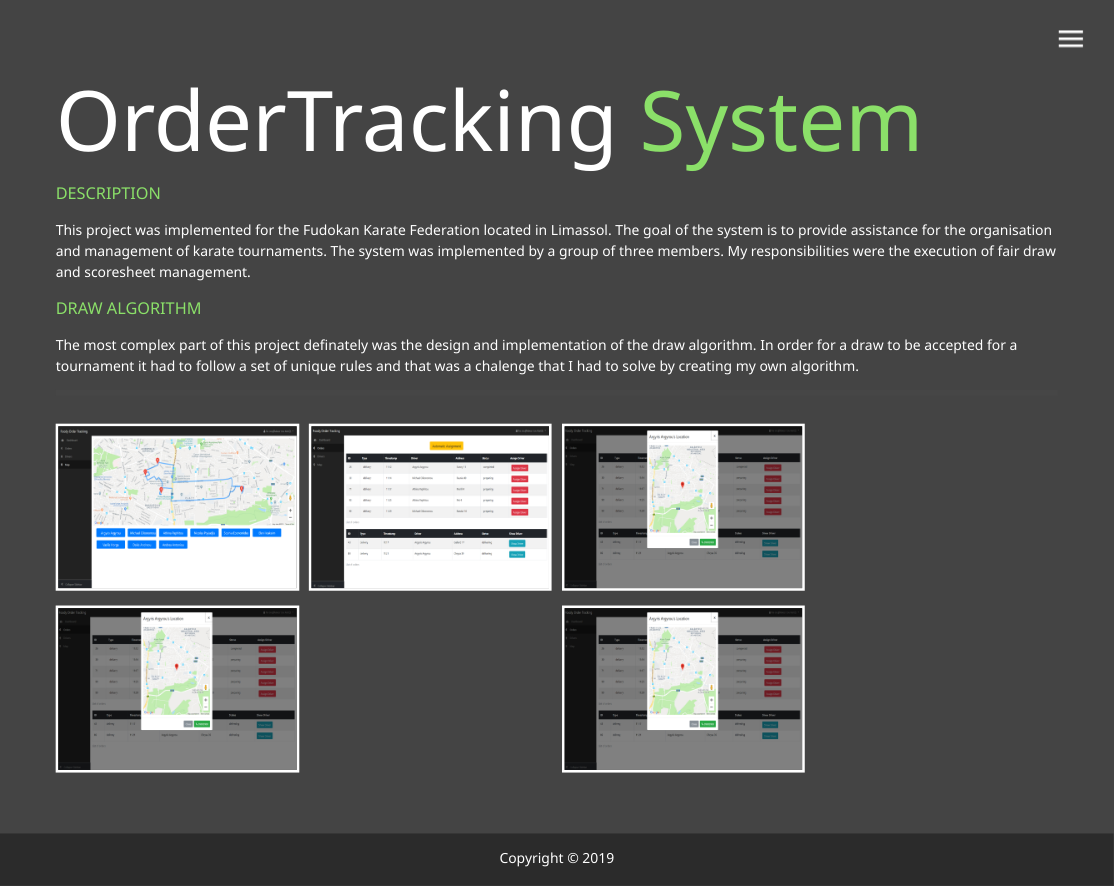
Repository: Preap/portfolio
Page: dist/projects/ordertracking.html
The author's editor kept a copy of each file at every save. The page is drawn from the files as they stood at one save, then again after the next save.
The browser window is 1280 px wide. The pictures show the whole page, at 87% of full size.
Some web libraries are served in a nearby version.

Above is the page before, as saved 2019-06-06 01:35:47.

### dist/projects/ordertracking.html
<!DOCTYPE html>
<html lang="en">
  <head>
    <meta charset="UTF-8" />
    <meta name="viewport" content="width=device-width, initial-scale=1.0" />
    <meta http-equiv="X-UA-Compatible" content="ie=edge" />
    <link
      rel="stylesheet"
      href="https://use.fontawesome.com/releases/v5.6.1/css/all.css"
      integrity="sha384-gfdkjb5BdAXd+lj+gudLWI+BXq4IuLW5IT+brZEZsLFm++aCMlF1V92rMkPaX4PP"
      crossorigin="anonymous"
    />
    <link rel="stylesheet" href="../css/main.css" />
    <title>My Ordertracking Project</title>
  </head>
  <body>
    <header>
      <div class="menu-btn">
        <div class="btn-line"></div>
        <div class="btn-line"></div>
        <div class="btn-line"></div>
      </div>

      <nav class="menu">
        <div class="menu-branding"><div class="portrait"></div></div>

        <ul class="menu-nav">
          <li class="nav-item">
            <a href="../index.html" class="nav-link"> Home </a>
          </li>
          <li class="nav-item">
            <a href="../about.html" class="nav-link"> My Experience </a>
          </li>
          <li class="nav-item">
            <a href="../work.html" class="nav-link current"> My Projects </a>
          </li>
          <li class="nav-item">
            <a href="../contact.html" class="nav-link"> Contact Me </a>
          </li>
        </ul>
      </nav>
    </header>

    <main id="work">
      <h1 class="lg-heading">
        OrderTracking <span class="text-secondary">System</span>
      </h1>

      <div class="project-description">
        <h3 class="text-secondary">DESCRIPTION</h3>
        <p>
          This project was implemented for the Fudokan Karate Federation located in Limassol.
          The goal of the system is to provide assistance for the organisation and management of karate tournaments.
          The system was implemented by a group of three members. My responsibilities were the execution of fair draw
          and scoresheet management.
        </p>
        <h3 class="text-secondary">DRAW ALGORITHM</h3>
        <p>
          The most complex part of this project definately was the design and implementation of the draw algorithm.
          In order for a draw to be accepted for a tournament it had to follow a set of unique rules and that was a chalenge
          that I had to solve by creating my own algorithm.
        </p>
      </div>
      <h2 class="sm-heading"></h2>
      <div class="projects">
        <div class="item">
          <a href="#!">
            <img src="../img/projects/ordertracking/image1.jpg" alt="ordertracking_image" />
          </a>
        </div>
        <div class="item">
          <a href="#!">
            <img src="../img/projects/ordertracking/image2.jpg" alt="ordertracking_image" />
          </a>
        </div>
        <div class="item">
          <a href="#!">
            <img src="../img/projects/ordertracking/image3.jpg" alt="ordertracking_image" />
        </div>
        <div class="item">
                <a href="#!">
                  <img src="../img/projects/ordertracking/image3.jpg" alt="ordertracking_image" />
        </div>
        <div class="item">
                <a href="#!">
                  <img src="../img/projects/ordertracking/image3.jpg" alt="ordertracking_image" />
        </div>
      <br>

    </main>

    <footer id="main-footer">
      Copyright &copy; 2019
    </footer>

    <script src="../js/main.js"></script>
  </body>
</html>

### dist/css/main.css
.menu-btn {
  position: absolute;
  top: 35px;
  right: 35px;
  z-index: 3;
  cursor: pointer;
  transition: all 0.5s ease-out;
}
.menu-btn .btn-line {
  width: 28px;
  height: 3px;
  margin: 0 0 5px 0;
  background: #fff;
  transition: all 0.5s ease-out;
}
.menu-btn.close {
  transform: rotate(180deg);
}
.menu-btn.close .btn-line:nth-child(1) {
  transform: rotate(45deg) translate(5px, 5px);
}
.menu-btn.close .btn-line:nth-child(2) {
  opacity: 0;
}
.menu-btn.close .btn-line:nth-child(3) {
  transform: rotate(-45deg) translate(6px, -6px);
}

.menu {
  position: fixed;
  top: 0;
  width: 100%;
  opacity: 0.98;
  visibility: hidden;
}
.menu.show {
  visibility: visible;
}
.menu-branding,
.menu-nav {
  display: flex;
  flex-flow: column wrap;
  align-items: center;
  justify-content: center;
  float: left;
  width: 50%;
  height: 100vh;
  overflow: hidden;
}
.menu-nav {
  margin: 0;
  padding: 0;
  background: #373737;
  list-style: none;
  transform: translate3d(100%, -100%, 0);
  transition: all 0.5s ease-out;
}
.menu-nav.show {
  transform: translate3d(0, 0, 0);
}
.menu-branding {
  background: #444;
  transform: translate3d(-100%, 100%, 0);
  transition: all 0.5s ease-out;
}
.menu-branding.show {
  transform: translate3d(0, 0, 0);
}
.menu-branding .portrait {
  width: 250px;
  height: 250px;
  background: url(../img/port2BW.jpg);
  border-radius: 50%;
  border: solid 3px #8be069;
  opacity: 1;
}
.menu .nav-item {
  transform: translate3d(600px, 0, 0);
  transition: all 0.5s ease-out;
}
.menu .nav-item.show {
  transform: translate3d(0, 0, 0);
}
.menu .nav-link {
  display: inline-block;
  position: relative;
  font-size: 50px;
  text-transform: uppercase;
  padding: 1rem 0;
  font-weight: 300;
  color: #fff;
  text-decoration: none;
  transition: all 0.5s ease-out;
}
.menu .nav-link:hover {
  color: #8be069;
  transition: all 0.5s ease-out;
}
.menu .nav-link.current {
  color: #8be069;
}

.nav-item:nth-child(1) {
  transition-delay: 0.15s;
}

.nav-item:nth-child(2) {
  transition-delay: 0.3s;
}

.nav-item:nth-child(3) {
  transition-delay: 0.45s;
}

.nav-item:nth-child(4) {
  transition-delay: 0.6s;
}

* {
  box-sizing: border-box;
}

body {
  background: #444;
  color: #fff;
  height: 100%;
  margin: 0;
  font-family: "Segoe UI", Tahoma, Geneva, Verdana, sans-serif;
  line-height: 1.5;
}
body#bg-img {
  background: url(../img/keyboard.jpg);
  background-attachment: fixed;
  background-size: cover;
}
body#bg-img::after {
  content: "";
  position: absolute;
  top: 0;
  right: 0;
  width: 100%;
  height: 100%;
  z-index: -1;
  background: rgba(68, 68, 68, 0.9);
}

h1,
h2,
h3 {
  margin: 0;
  font-weight: 400;
}
h1.lg-heading,
h2.lg-heading,
h3.lg-heading {
  font-size: 6rem;
}
h1.sm-heading,
h2.sm-heading,
h3.sm-heading {
  margin-bottom: 2rem;
  padding: 0.2rem 1rem;
  background: rgba(73, 73, 73, 0.5);
}

a {
  color: #fff;
  text-decoration-line: none;
}

header {
  position: fixed;
  z-index: 2;
  width: 100%;
}

.text-secondary {
  color: #8be069;
}

main {
  padding: 4rem;
  min-height: calc(100vh - 60px);
}
main .icons {
  margin-top: 1rem;
}
main .icons a {
  padding: 0.4rem;
}
main .icons a:hover {
  color: #8be069;
  transition: all 0.5s ease-out;
}
main#home {
  overflow: hidden;
}
main#home h1 {
  margin-top: 20vh;
}

.about-info {
  display: grid;
  grid-gap: 30px;
  grid-template-areas:
    "bioimage bio bio"
    "job1 job2 job3";
  grid-template-columns: repeat(3, 1fr);
}
.about-info .bio-image {
  grid-area: bioimage;
  margin: auto;
  border-radius: 50%;
  border: #8be069 3px solid;
}
.about-info .bio {
  grid-area: bio;
  font-size: 1.5rem;
}
.about-info .job-1 {
  grid-area: job1;
}
.about-info .job-2 {
  grid-area: job2;
}
.about-info .job-3 {
  grid-area: job3;
}
.about-info .job {
  background: #585858;
  padding: 0.5rem;
  border-bottom: #8be069 5px solid;
}

.projects {
  display: grid;
  grid-gap: 0.7rem;
  grid-template-columns: repeat(3, 1fr);
}
.projects img {
  width: 100%;
  border: 3px #fff solid;
}
.projects img:hover {
  opacity: 0.5;
  border-color: #8be069;
  transition: all 0.5s ease-out;
}

.boxes {
  display: flex;
  flex-wrap: wrap;
  justify-content: space-evenly;
  align-items: center;
  margin-top: 1rem;
}
.boxes div {
  font-size: 2rem;
  border: 3px #fff solid;
  padding: 1.5rem 2.5rem;
  margin-bottom: 3rem;
  transition: all 0.5s ease-out;
}
.boxes div:hover {
  padding: 0.5rem 1.5rem;
  background: #8be069;
  color: #000;
}
.boxes div:hover span {
  color: #000;
}

.btn,
.btn-dark,
.btn-light {
  display: block;
  padding: 0.5rem 1rem;
  border: 0;
  margin-bottom: 0.3rem;
}
.btn:hover,
.btn-dark:hover,
.btn-light:hover {
  background: #8be069;
  color: #000;
  transition: all 0.5s ease-out;
}

.btn-dark {
  background: black;
  color: #fff;
}

.btn-light {
  background: #c4c4c4;
  color: #000;
}

#main-footer {
  text-align: center;
  padding: 1rem;
  background: #2b2b2b;
  color: #fff;
  height: 60px;
}

.bio {
  grid-area: bio;
  font-size: 1.5rem;
}

@media screen and (min-width: 1171px) {
  .projects {
    grid-template-columns: repeat(4, 1fr);
  }
}

@media screen and (min-width: 769) and (max-width: 1170px) {
  .projects {
    grid-template-columns: repeat(3, 1fr);
  }
}

@media screen and (max-width: 768px) {
  main {
    align-items: center;
    text-align: center;
  }
  main .lg-heading {
    line-height: 1;
    margin-bottom: 1rem;
  }
  ul.menu-nav,
  div.menu-branding {
    float: none;
    width: 100%;
    min-height: 0;
  }
  ul.menu-nav.show,
  div.menu-branding.show {
    transform: translate3d(0, 0, 0);
  }
  .menu-nav {
    height: 75vh;
    transform: translate3d(-100%, 0, 0);
    font-size: 24px;
  }
  .menu-branding {
    height: 25vh;
    transform: translate3d(100%, 0, 0);
  }
  .menu-branding .portrait {
    background: url(../img/portSmallBW.jpg);
    width: 150px;
    height: 150px;
  }
  .about-info {
    grid-template-areas:
      "bioimage"
      "bio"
      "job1"
      "job2"
      "job3";
    grid-template-columns: 1fr;
  }
  .projects {
    grid-template-columns: repeat(2, 1fr);
  }
}

@media screen and (max-width: 500px) {
  main#home h1 {
    margin-top: 10vh;
  }
  .projects {
    grid-template-columns: 1fr;
  }
}

### dist/js/main.js
// Select DOM Items
const menuBtn = document.querySelector(".menu-btn");
const menu = document.querySelector(".menu");
const menuNav = document.querySelector(".menu-nav");
const menuBranding = document.querySelector(".menu-branding");
const navItems = document.querySelectorAll(".nav-item");

//Set initial state of menu

let showMenu = false;

menuBtn.addEventListener("click", toggleMenu);

function toggleMenu() {
  if (!showMenu) {
    menuBtn.classList.add("close");
    menu.classList.add("show");
    menuNav.classList.add("show");
    menuBranding.classList.add("show");
    navItems.forEach(item => item.classList.add("show"));

    //set menu state
    showMenu = true;
  } else {
    menuBtn.classList.remove("close");
    menu.classList.remove("show");
    menuNav.classList.remove("show");
    menuBranding.classList.remove("show");
    navItems.forEach(item => item.classList.remove("show"));

    //set menu state
    showMenu = false;
  }
}

After the next save:
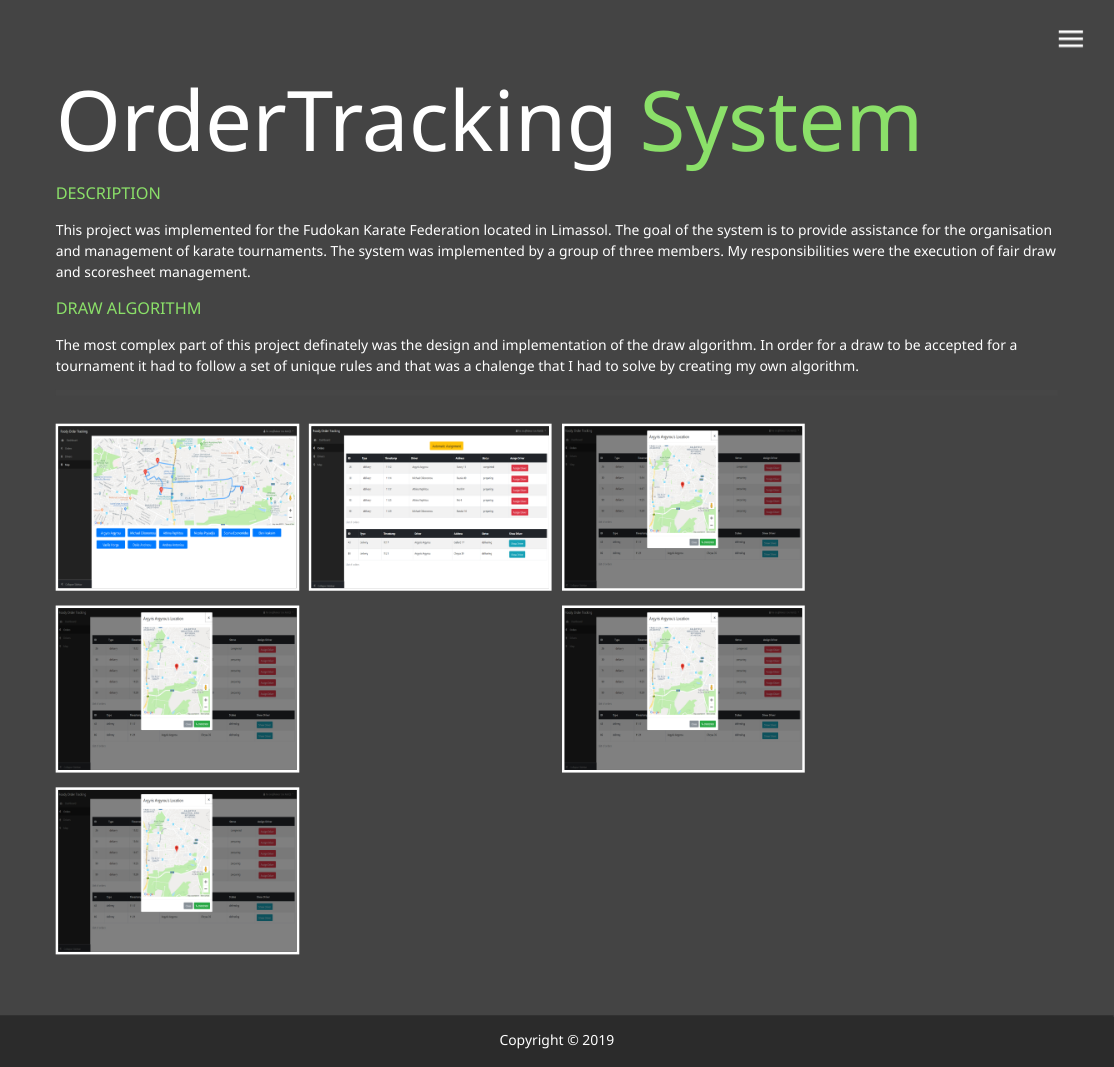
Saved 44 s later.
--- a/dist/projects/ordertracking.html
+++ b/dist/projects/ordertracking.html
@@ -85,6 +85,10 @@
                 <a href="#!">
                   <img src="../img/projects/ordertracking/image3.jpg" alt="ordertracking_image" />
         </div>
+        <div class="item">
+                <a href="#!">
+                  <img src="../img/projects/ordertracking/image3.jpg" alt="ordertracking_image" />
+        </div>
       <br>
 
     </main>
